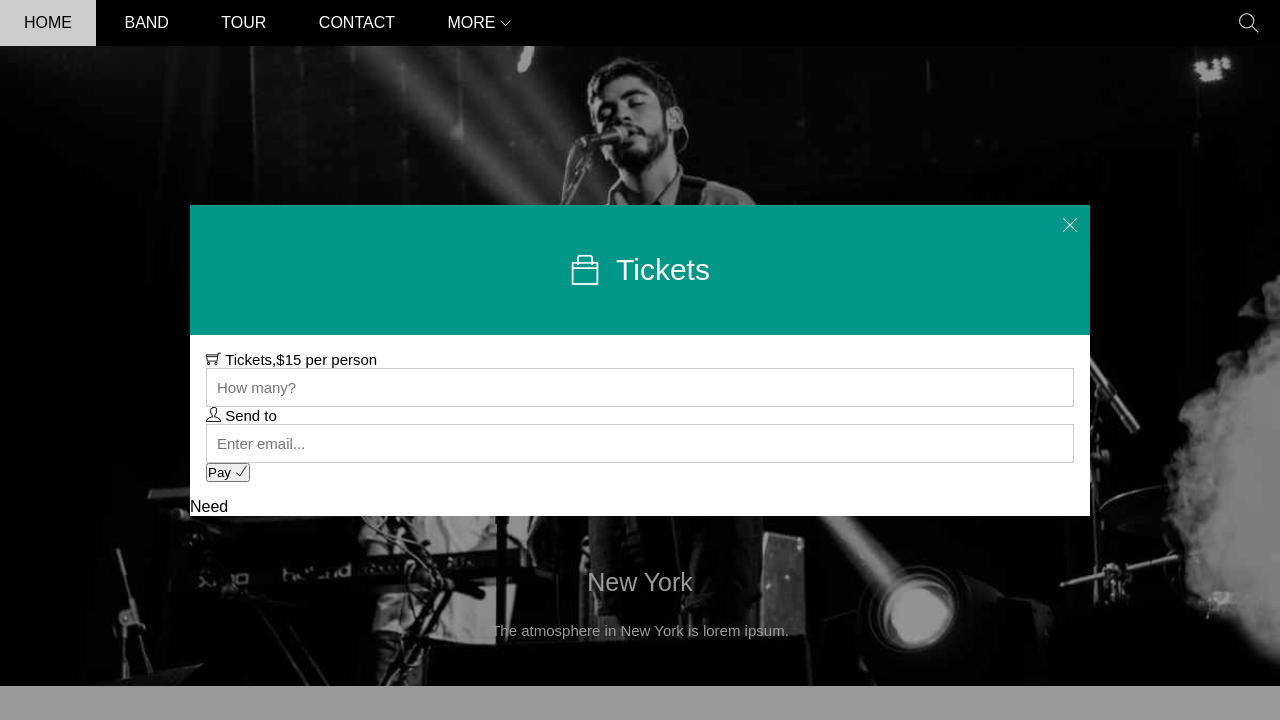
Repository: BrandonTuan777/The_Band
Page: index.html
These files come from the project's save history. The page is drawn as it stood at one moment and after the next save; the edit follows.
The browser window is 1280 px wide. The pictures show the window.
A layer covers the whole window, so only the first screen is drawn.

Above is the page before, as saved 2022-04-17 21:35:08.

After the next save:
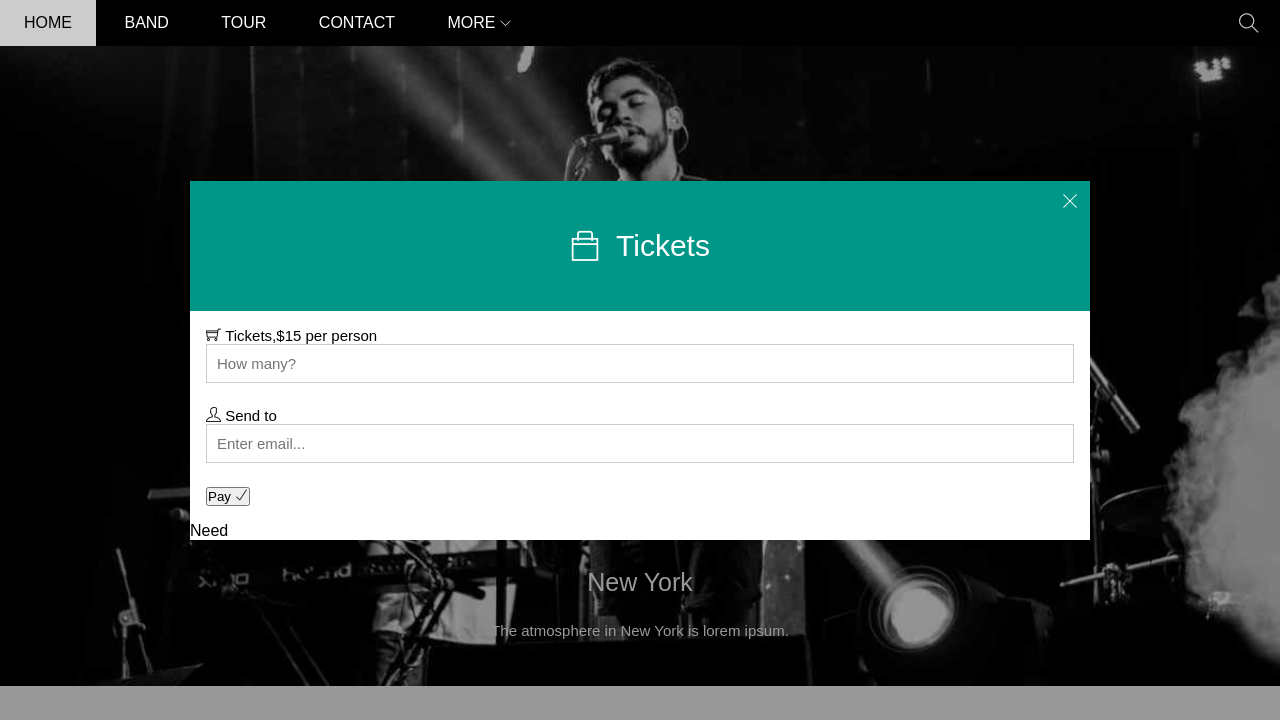
Saved 4 s later.
--- a/assets/css/styles.css
+++ b/assets/css/styles.css
@@ -451,5 +451,6 @@ header.modal-header {
   border: 1px solid #ccc;
   width: 100%;
   font-size: 15px;
-
-}
+  margin-bottom: 24px;
+
+}
